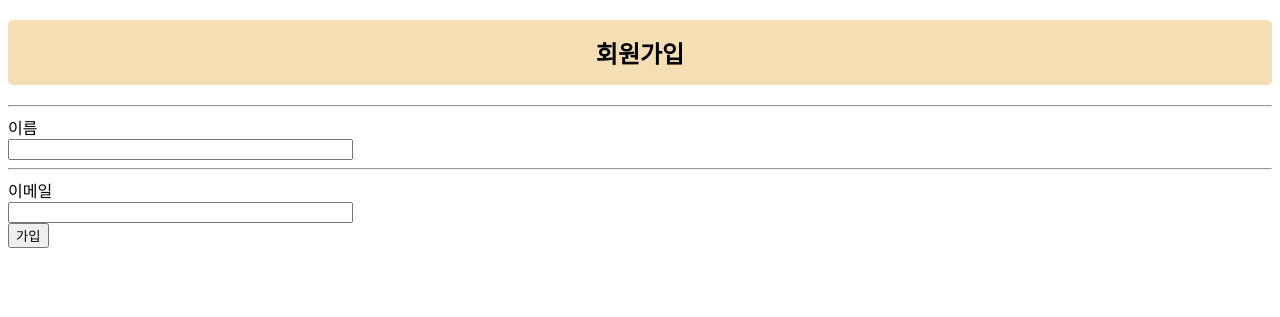
Repository: Hiron-Musk/JSP_ex
Page: jwbook/src/main/webapp/ch03/reform.html
The author's editor kept a copy of each file at every save. The page is drawn from the files as they stood at one save, then again after the next save.
The browser window is 1280 px wide. The pictures show the whole page.

Above is the page before, as saved 2024-03-08 05:27:47.

### jwbook/src/main/webapp/ch03/reform.html
<!DOCTYPE html>
<html>
	<head>
		<meta charset="UTF-8">
		<title>회원가입 폼 만들기 예제</title>
		<style>
			h2{
				border-radius: 5px;
				background-color: wheat;
				text-align: center;
				padding:15px 0;
			}

		</style>
	</head>
	<body>
		<h2>회원가입</h2>
		<hr>
		<div id="reform">
			<form name="form1">
				<label>이름</label><br>
				<input type="text" name="name" size="40"><br>
				<hr>
				<label>이메일</label><br>
				<input type="email" name="email" size="40"><br>
				<button type="button" onclick="signUp()">가입</button>
			</form>
		</div>
	</body>
</html>

After the next save:
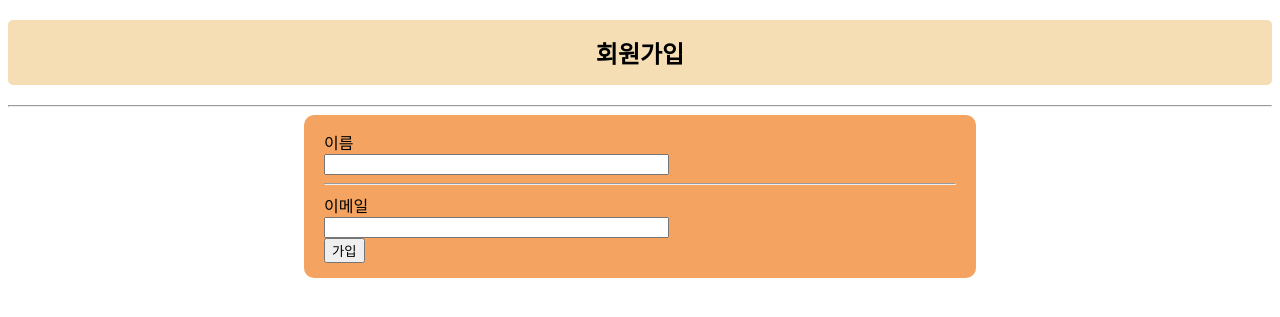
Saved 70 s later.
--- a/jwbook/src/main/webapp/ch03/reform.html
+++ b/jwbook/src/main/webapp/ch03/reform.html
@@ -9,6 +9,13 @@
 				background-color: wheat;
 				text-align: center;
 				padding:15px 0;
+			}
+			#reform{
+				padding:15px 20px;
+				border-radius: 10px;
+				margin:auto;
+				width:50%;
+				background-color: SandyBrown;
 			}
 
 		</style>
